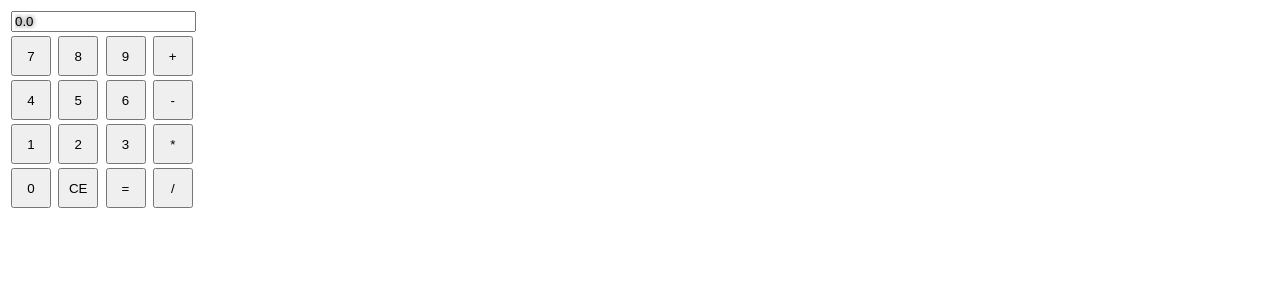
Repository: Seonhanbit/dev
Page: work_frontend/ws_frontend_0902_선한빛/WebContent/Calculator.html
These files come from the project's save history. The page is drawn as it stood at one moment and after the next save; the edit follows.
The browser window is 1280 px wide. The pictures show the whole page.

Above is the page before, as saved 2019-09-02 07:42:02.

After the next save:
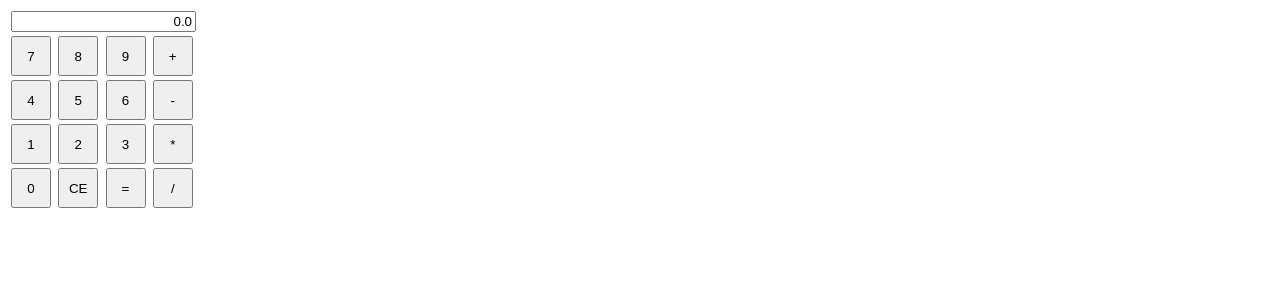
Saved 13 s later.
--- a/work_frontend/ws_frontend_0902_선한빛/WebContent/Calculator.html
+++ b/work_frontend/ws_frontend_0902_선한빛/WebContent/Calculator.html
@@ -25,7 +25,7 @@
 </script>
 <style type="text/css">
 #show{
-	text-shadow: 0px 0px 5px #000;
+	text-align: right;
 }
 </style>
 </head>
